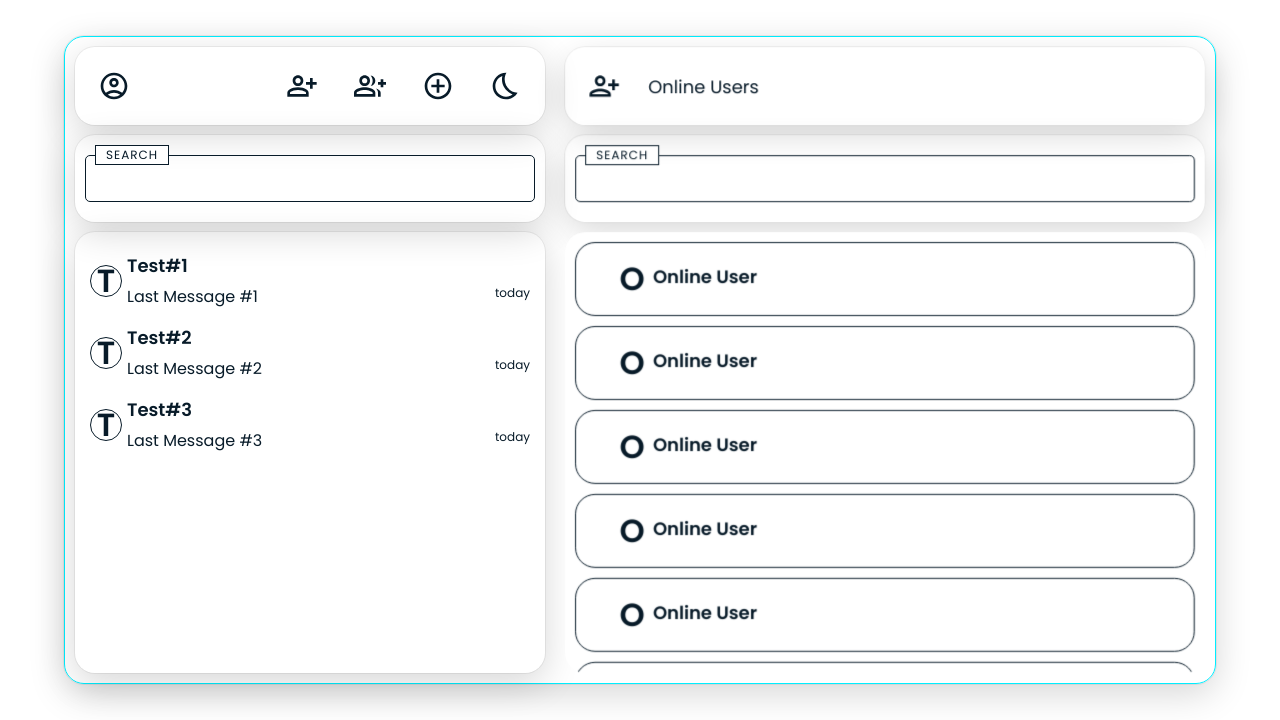
Repository: swastikjhacoder/mern-chat-frontend-only
Page: /users
An editor plug-in stored every save of this project. The page is shown before and after the next save, followed by the edit.
The browser window is 1280 px wide. The pictures show the whole page.
An inner scrolling area shows only its first screen. The project was rebuilt for these pictures with package versions that can differ from the ones it lists, and the page was loaded fresh each time. Also part of the build but not shown: src/components/loginSignup/Login.jsx, src/components/chat/MessageOthers.jsx, src/components/chat/MessageSelf.jsx, src/components/chat/ChatContainer.jsx. Imported but missing from the stored project, and not drawn on this page: src/components/loginSignup/SignUp.

Above is the page before, as saved 2023-09-21 22:59:08.

After the next save:
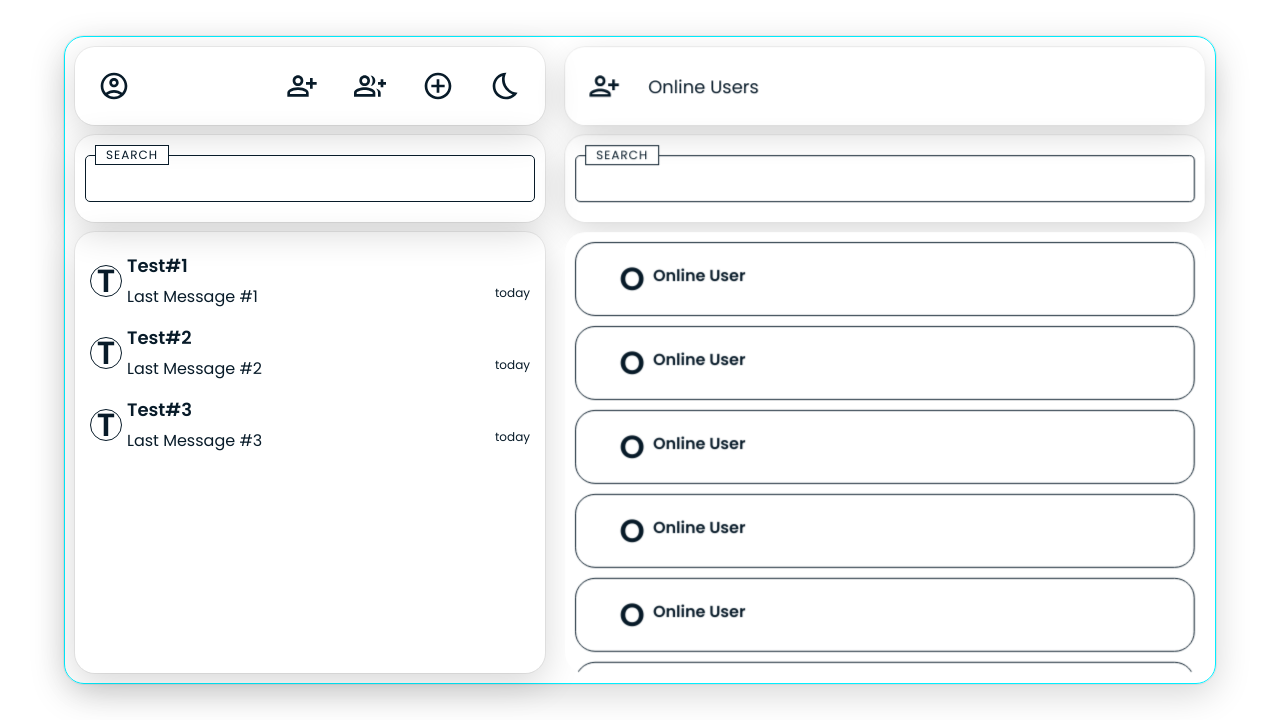
Saved 7 s later.
--- a/src/index.css
+++ b/src/index.css
@@ -352,5 +352,5 @@ body {
 
 .ou-title {
   font-weight: var(--bolder-font-weight);
-  font-size: var(--medium-font-size);
-}
+  font-size: var(--normal-font-size);
+}
